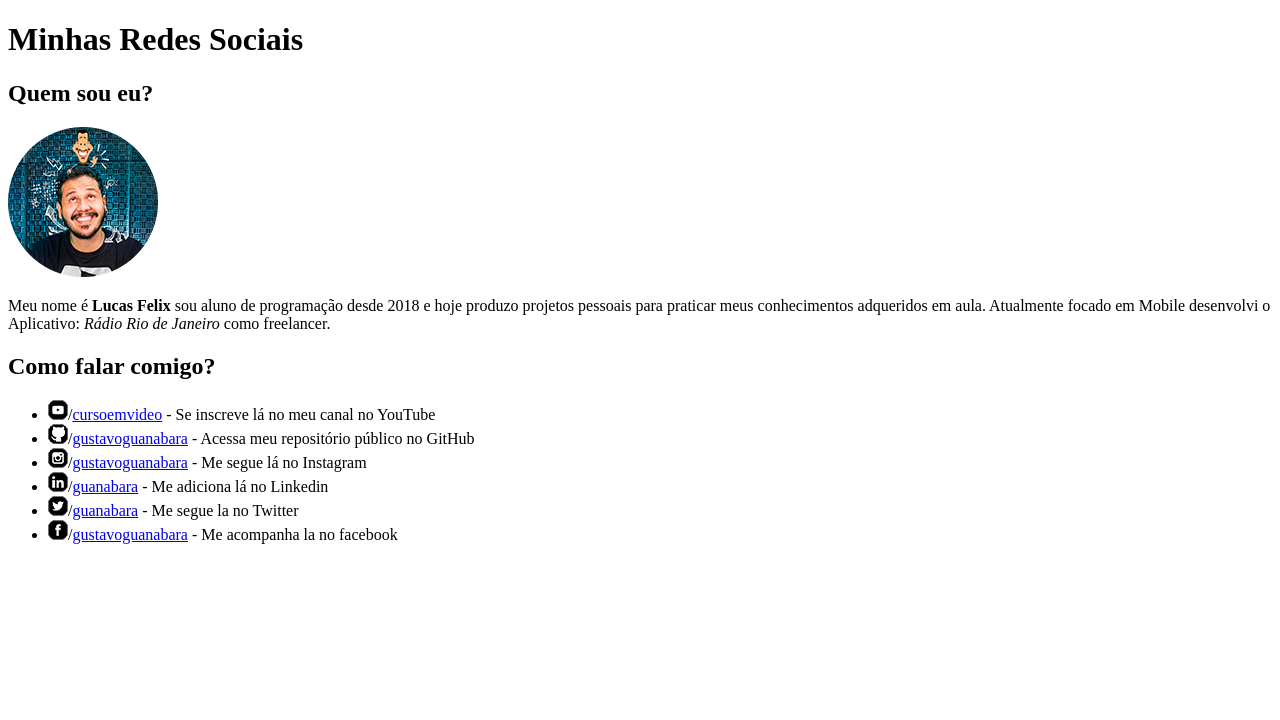
Repository: pheonix5/Estudo
Page: html-css/desafio/d005/index.html
The author's editor kept a copy of each file at every save. The page is drawn from the files as they stood at one save, then again after the next save.
The browser window is 1280 px wide. The pictures show the whole page.

Above is the page before, as saved 2023-08-02 20:23:26.

After the next save:
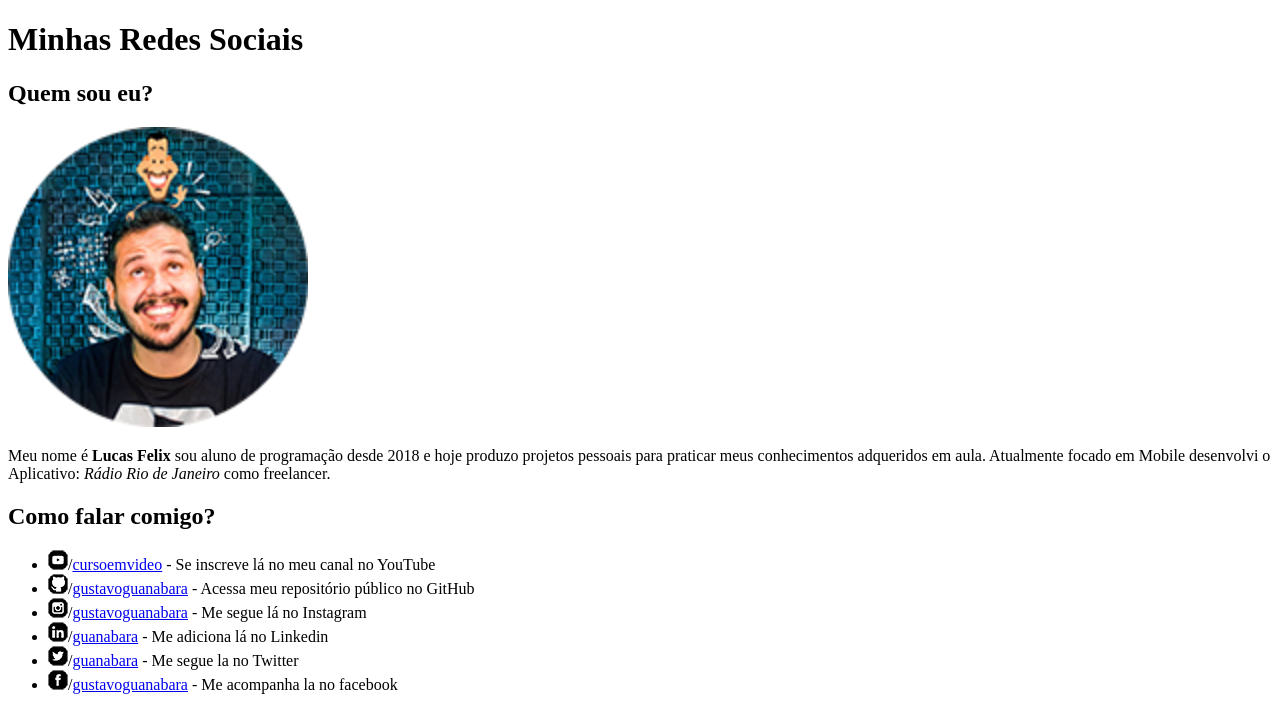
Saved 4 s later.
--- a/html-css/desafio/d005/index.html
+++ b/html-css/desafio/d005/index.html
@@ -9,7 +9,7 @@
 <body>
   <h1>Minhas Redes Sociais</h1>
   <h2>Quem sou eu?</h2>
-  <img src="imagens/foto-perfil-guanabara.png" style="width: 150px;" alt="Foto-Perfil">
+  <img src="imagens/foto-perfil-guanabara.png" style="width: 300px;" alt="Foto-Perfil">
   <p>Meu nome é <strong>Lucas Felix</strong> sou aluno de programação desde 2018 e hoje produzo projetos pessoais para praticar meus conhecimentos adqueridos em aula. Atualmente focado em Mobile desenvolvi o Aplicativo: <em>Rádio Rio de Janeiro</em> como freelancer.</p>
   <h2>Como falar comigo?</h2>
   <ul>

After the save that followed:
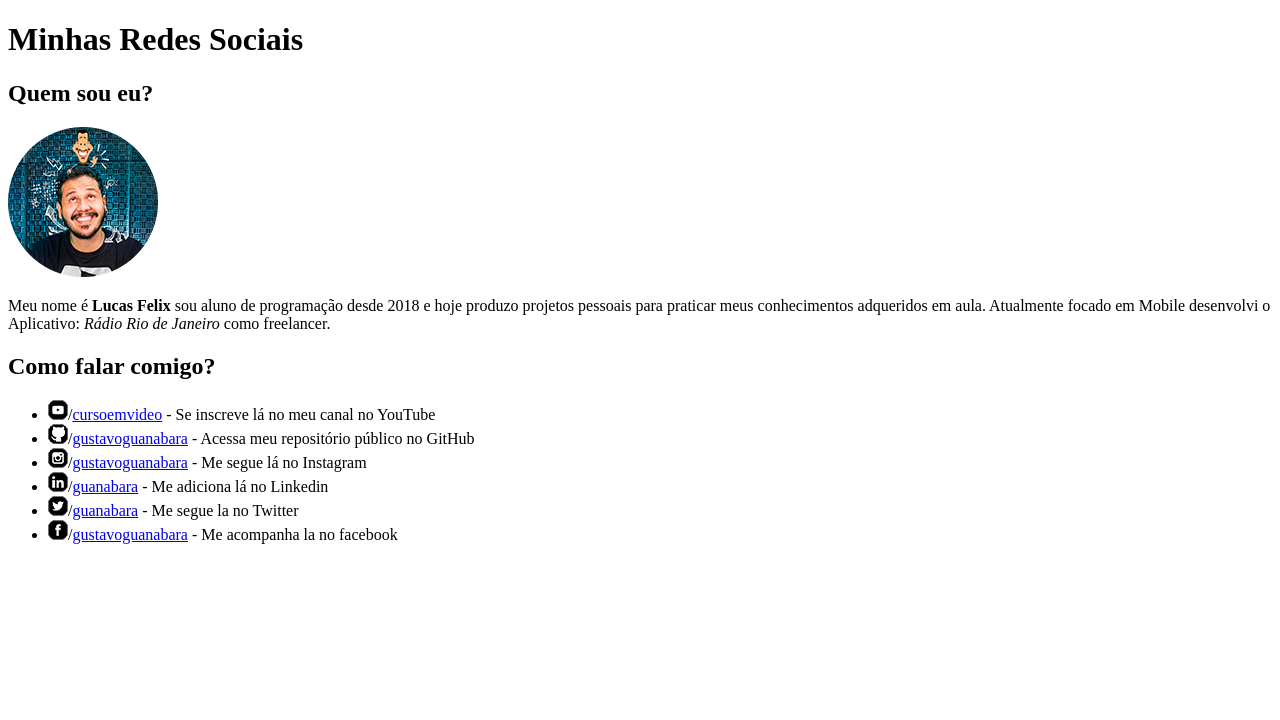
Saved 6 s later.
--- a/html-css/desafio/d005/index.html
+++ b/html-css/desafio/d005/index.html
@@ -9,7 +9,7 @@
 <body>
   <h1>Minhas Redes Sociais</h1>
   <h2>Quem sou eu?</h2>
-  <img src="imagens/foto-perfil-guanabara.png" style="width: 300px;" alt="Foto-Perfil">
+  <img src="imagens/foto-perfil-guanabara.png" style="width: 150px;" alt="Foto-Perfil">
   <p>Meu nome é <strong>Lucas Felix</strong> sou aluno de programação desde 2018 e hoje produzo projetos pessoais para praticar meus conhecimentos adqueridos em aula. Atualmente focado em Mobile desenvolvi o Aplicativo: <em>Rádio Rio de Janeiro</em> como freelancer.</p>
   <h2>Como falar comigo?</h2>
   <ul>
